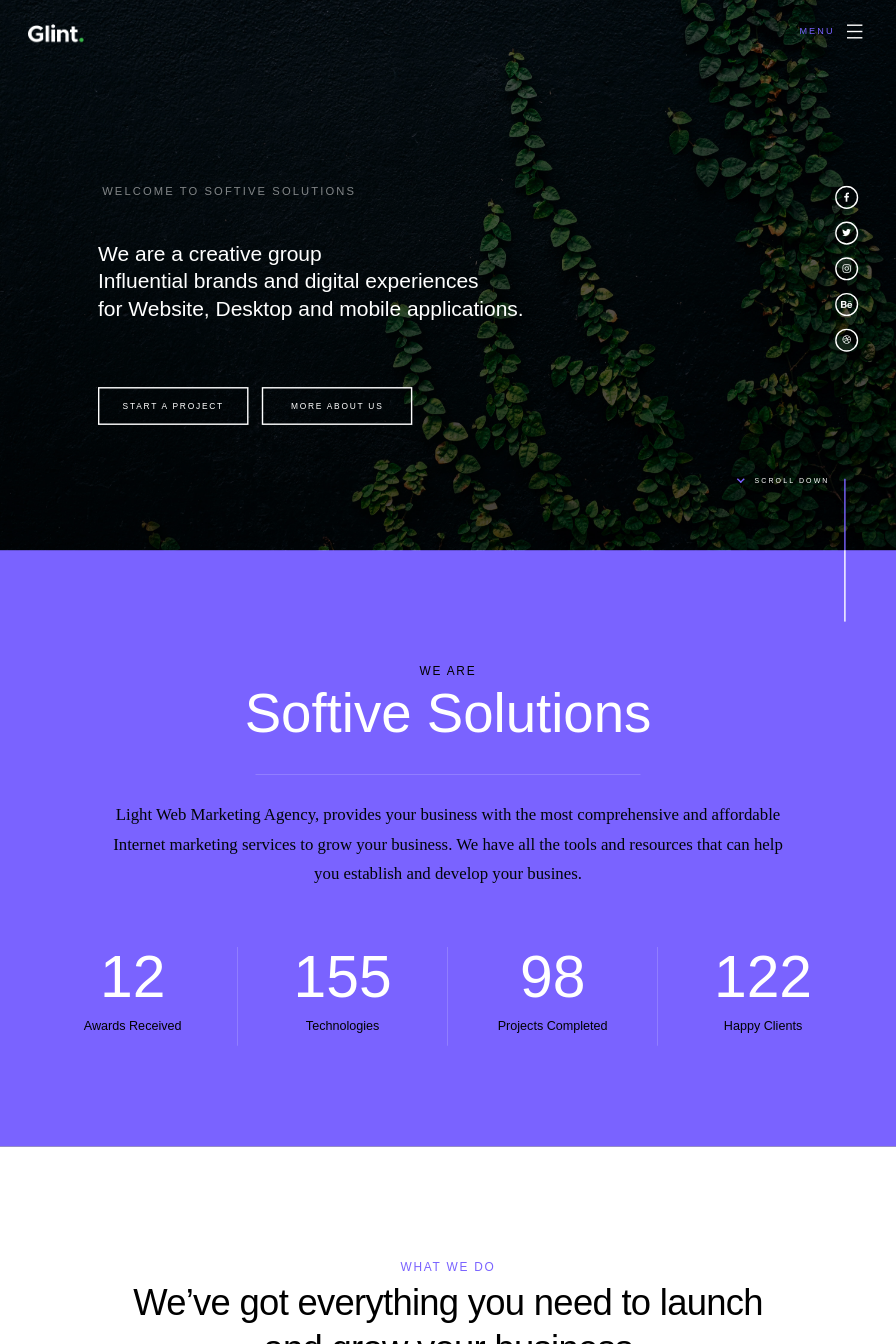
Repository: ahsankalim09/light-Agency
Page: index.html
The author's editor kept a copy of each file at every save. The page is drawn from the files as they stood at one save, then again after the next save.
The browser window is 1280 px wide. The pictures show the part of the page from y = 0 to 1920 px (the page is 8363 px tall), at 70% of full size.
Some web fonts or font styles are not loaded; a fallback is used.

Above is the page before, as saved 2020-12-27 19:28:19.

### index.html
<!DOCTYPE html>
<!--[if lt IE 9 ]><html class="no-js oldie" lang="en"> <![endif]-->
<!--[if IE 9 ]><html class="no-js oldie ie9" lang="en"> <![endif]-->
<!--[if (gte IE 9)|!(IE)]><!-->
<html class="no-js" lang="en">
<!--<![endif]-->

<!-- Mirrored from preview.colorlib.com/theme/Softive Solutions/ by HTTrack Website Copier/3.x [XR&CO'2014], Sun, 27 Dec 2020 13:01:51 GMT -->
<head>

<meta charset="utf-8">
<title>Softive Solutions</title>
<meta name="description" content="">
<meta name="author" content="">

<meta name="viewport" content="width=device-width, initial-scale=1">

<link rel="stylesheet" href="css/base.css">
<link rel="stylesheet" href="css/vendor.css">
<link rel="stylesheet" href="css/main.css">

<script src="js/modernizr.js"></script>
<script src="js/pace.min.js"></script>

<link rel="shortcut icon" href="favicon.ico" type="image/x-icon">
<link rel="icon" href="favicon.ico" type="image/x-icon">
</head>
<body id="top">

<header class="s-header">
<div class="header-logo">
<a class="site-logo" href="index-2.html">
<img src="images/logo.png" alt="Homepage">
</a>
</div>
<nav class="header-nav">
<a href="#0" class="header-nav__close" title="close"><span>Close</span></a>
<div class="header-nav__content">
<h3>Navigation</h3>
<ul class="header-nav__list">
<li class="current"><a class="smoothscroll" href="#home" title="home">Home</a></li>
<li><a class="smoothscroll" href="#about" title="about">About</a></li>
<li><a class="smoothscroll" href="#services" title="services">Services</a></li>
<li><a class="smoothscroll" href="#works" title="works">Works</a></li>
<li><a class="smoothscroll" href="#clients" title="clients">Clients</a></li>
<li><a class="smoothscroll" href="#contact" title="contact">Contact</a></li>
</ul>
<p>Perspiciatis hic praesentium nesciunt. Et neque a dolorum <a href='#0'>voluptatem</a> porro iusto sequi veritatis libero enim. Iusto id suscipit veritatis neque reprehenderit.</p>
<ul class="header-nav__social">
<li>
<a href="#"><i class="fa fa-facebook"></i></a>
</li>
<li>
<a href="#"><i class="fa fa-twitter"></i></a>
</li>
<li>
<a href="#"><i class="fa fa-instagram"></i></a>
</li>
<li>
<a href="#"><i class="fa fa-behance"></i></a>
</li>
<li>
<a href="#"><i class="fa fa-dribbble"></i></a>
</li>
</ul>
</div>
</nav>
<a class="header-menu-toggle" href="#0">
<span class="header-menu-text">Menu</span>
<span class="header-menu-icon"></span>
</a>
</header>

<section id="home" class="s-home target-section" data-parallax="scroll" data-image-src="images/hero-bg.jpg" data-natural-width=3000 data-natural-height=2000 data-position-y=center>
<div class="overlay"></div>
<div class="shadow-overlay"></div>
<div class="home-content">
<div class="row home-content__main">
<h3>Welcome to Softive Solutions</h3>
<h2 style="color: white;">
We are a creative group <br>
Influential brands and digital experiences <br>
for Website, Desktop and mobile applications.
</h2 >
<div class="home-content__buttons">
<a href="#contact" class="smoothscroll btn btn--stroke">
Start a Project
</a>
<a href="#about" class="smoothscroll btn btn--stroke">
More About Us
</a>
</div>
</div>
<div class="home-content__scroll">
<a href="#about" class="scroll-link smoothscroll">
<span>Scroll Down</span>
</a>
</div>
<div class="home-content__line"></div>
</div>
<ul class="home-social">
<li>
<a href="#0"><i class="fa fa-facebook" aria-hidden="true"></i><span>Facebook</span></a>
</li>
<li>
<a href="#0"><i class="fa fa-twitter" aria-hidden="true"></i><span>Twiiter</span></a>
</li>
<li>
<a href="#0"><i class="fa fa-instagram" aria-hidden="true"></i><span>Instagram</span></a>
</li>
<li>
<a href="#0"><i class="fa fa-behance" aria-hidden="true"></i><span>Behance</span></a>
</li>
<li>
<a href="#0"><i class="fa fa-dribbble" aria-hidden="true"></i><span>Dribbble</span></a>
</li>
</ul>

</section>

<section id='about' class="s-about">
<div class="row section-header has-bottom-sep" data-aos="fade-up">
<div class="col-full">
<h3 class="subhead subhead--dark">We Are</h3>
<h2 class="display-1 display-1--light">Softive Solutions</h2>
</div>
</div>
<div class="row about-desc" data-aos="fade-up">
<div class="col-full">
<p>
    Light Web Marketing Agency, provides your business with the most comprehensive and affordable Internet marketing services to grow your business. We have all the tools and resources that can help you establish and develop your busines.
</p>
</div>
</div>
<div class="row about-stats stats block-1-4 block-m-1-2 block-mob-full" data-aos="fade-up">
<div class="col-block stats__col ">
<div class="stats__count">12</div>
<h5>Awards Received</h5>
</div>
<div class="col-block stats__col">
<div class="stats__count">155</div>
<h5>Technologies</h5>
</div>
<div class="col-block stats__col">
<div class="stats__count">98</div>
<h5>Projects Completed</h5>
</div>
<div class="col-block stats__col">
<div class="stats__count">122</div>
<h5>Happy Clients</h5>
</div>
</div>
<div class="about__line"></div>
</section>

<section id='services' class="s-services">
<div class="row section-header has-bottom-sep" data-aos="fade-up">
<div class="col-full">
<h3 class="subhead">What We Do</h3>
<h1 class="display-2">We’ve got everything you need to launch and grow your business</h1>
</div>
</div>
<div class="row services-list block-1-2 block-tab-full">
<div class="col-block service-item" data-aos="fade-up">
<div class="service-icon">
<i class="icon-paint-brush"></i>
</div>
<div class="service-text">
<h3 class="h2">Brand Identity</h3>
<p>Nemo cupiditate ab quibusdam quaerat impedit magni. Earum suscipit ipsum laudantium.
Quo delectus est. Maiores voluptas ab sit natus veritatis ut. Debitis nulla cumque veritatis.
Sunt suscipit voluptas ipsa in tempora esse soluta sint.
</p>
</div>
</div>
<div class="col-block service-item" data-aos="fade-up">
<div class="service-icon">
<i class="icon-group"></i>
</div>
<div class="service-text">
<h3 class="h2">Illustration</h3>
<p>Nemo cupiditate ab quibusdam quaerat impedit magni. Earum suscipit ipsum laudantium.
Quo delectus est. Maiores voluptas ab sit natus veritatis ut. Debitis nulla cumque veritatis.
Sunt suscipit voluptas ipsa in tempora esse soluta sint.
</p>
</div>
</div>
<div class="col-block service-item" data-aos="fade-up">
<div class="service-icon">
<i class="icon-megaphone"></i>
</div>
<div class="service-text">
<h3 class="h2">Marketing</h3>
<p>Nemo cupiditate ab quibusdam quaerat impedit magni. Earum suscipit ipsum laudantium.
Quo delectus est. Maiores voluptas ab sit natus veritatis ut. Debitis nulla cumque veritatis.
Sunt suscipit voluptas ipsa in tempora esse soluta sint.
</p>
</div>
</div>
<div class="col-block service-item" data-aos="fade-up">
<div class="service-icon">
<i class="icon-earth"></i>
</div>
<div class="service-text">
<h3 class="h2">Web Design</h3>
<p>Nemo cupiditate ab quibusdam quaerat impedit magni. Earum suscipit ipsum laudantium.
Quo delectus est. Maiores voluptas ab sit natus veritatis ut. Debitis nulla cumque veritatis.
Sunt suscipit voluptas ipsa in tempora esse soluta sint.
</p>
</div>
</div>
<div class="col-block service-item" data-aos="fade-up">
<div class="service-icon">
<i class="icon-cube"></i>
</div>
<div class="service-text">
<h3 class="h2">Packaging Design</h3>
<p>Nemo cupiditate ab quibusdam quaerat impedit magni. Earum suscipit ipsum laudantium.
Quo delectus est. Maiores voluptas ab sit natus veritatis ut. Debitis nulla cumque veritatis.
Sunt suscipit voluptas ipsa in tempora esse soluta sint.
</p>
</div>
</div>
<div class="col-block service-item" data-aos="fade-up">
<div class="service-icon"><i class="icon-lego-block"></i></div>
<div class="service-text">
<h3 class="h2">Web Development</h3>
<p>Nemo cupiditate ab quibusdam quaerat impedit magni. Earum suscipit ipsum laudantium.
Quo delectus est. Maiores voluptas ab sit natus veritatis ut. Debitis nulla cumque veritatis.
Sunt suscipit voluptas ipsa in tempora esse soluta sint.
</p>
</div>
</div>
</div>
</section>

<section id='works' class="s-works">
<div class="intro-wrap">
<div class="row section-header has-bottom-sep light-sep" data-aos="fade-up">
<div class="col-full">
<h3 class="subhead">Recent Works</h3>
<h1 class="display-2 display-2--light">We love what we do, check out some of our latest works</h1>
</div>
</div>
</div>
<div class="row works-content">
<div class="col-full masonry-wrap">
<div class="masonry">
<div class="masonry__brick" data-aos="fade-up">
<div class="item-folio">
<div class="item-folio__thumb">
<a href="images/portfolio/gallery/g-shutterbug.jpg" class="thumb-link" title="Shutterbug" data-size="1050x700">
<img src="images/portfolio/lady-shutterbug.jpg" srcset="images/portfolio/lady-shutterbug.jpg 1x, images/portfolio/lady-shutterbug@2x.jpg 2x" alt="">
</a>
</div>
<div class="item-folio__text">
<h3 class="item-folio__title">
Shutterbug
</h3>
<p class="item-folio__cat">
Branding
</p>
</div>
<a href="https://www.behance.net/" class="item-folio__project-link" title="Project link">
<i class="icon-link"></i>
</a>
<div class="item-folio__caption">
<p>Vero molestiae sed aut natus excepturi. Et tempora numquam. Temporibus iusto quo.Unde dolorem corrupti neque nisi.</p>
</div>
</div>
</div>
<div class="masonry__brick" data-aos="fade-up">
<div class="item-folio">
<div class="item-folio__thumb">
<a href="images/portfolio/gallery/g-woodcraft.jpg" class="thumb-link" title="Woodcraft" data-size="1050x700">
<img src="images/portfolio/woodcraft.jpg" srcset="images/portfolio/woodcraft.jpg 1x, images/portfolio/woodcraft@2x.jpg 2x" alt="">
</a>
</div>
<div class="item-folio__text">
<h3 class="item-folio__title">
Woodcraft
</h3>
<p class="item-folio__cat">
Web Design
</p>
</div>
<a href="https://www.behance.net/" class="item-folio__project-link" title="Project link">
<i class="icon-link"></i>
</a>
<div class="item-folio__caption">
<p>Vero molestiae sed aut natus excepturi. Et tempora numquam. Temporibus iusto quo.Unde dolorem corrupti neque nisi.</p>
</div>
</div>
</div>
<div class="masonry__brick" data-aos="fade-up">
<div class="item-folio">
<div class="item-folio__thumb">
<a href="images/portfolio/gallery/g-beetle.jpg" class="thumb-link" title="The Beetle Car" data-size="1050x700">
<img src="images/portfolio/the-beetle.jpg" srcset="images/portfolio/the-beetle.jpg 1x, images/portfolio/the-beetle@2x.jpg 2x" alt="">
</a>
</div>
<div class="item-folio__text">
<h3 class="item-folio__title">
The Beetle
</h3>
<p class="item-folio__cat">
Web Development
</p>
</div>
<a href="https://www.behance.net/" class="item-folio__project-link" title="Project link">
<i class="icon-link"></i>
</a>
<div class="item-folio__caption">
<p>Vero molestiae sed aut natus excepturi. Et tempora numquam. Temporibus iusto quo.Unde dolorem corrupti neque nisi.</p>
</div>
</div>
</div>
<div class="masonry__brick" data-aos="fade-up">
<div class="item-folio">
<div class="item-folio__thumb">
<a href="images/portfolio/gallery/g-grow-green.jpg" class="thumb-link" title="Grow Green" data-size="1050x700">
<img src="images/portfolio/grow-green.jpg" srcset="images/portfolio/grow-green.jpg 1x, images/portfolio/grow-green@2x.jpg 2x" alt="">
</a>
</div>
<div class="item-folio__text">
<h3 class="item-folio__title">
Grow Green
</h3>
<p class="item-folio__cat">
Branding
</p>
</div>
<a href="https://www.behance.net/" class="item-folio__project-link" title="Project link">
<i class="icon-link"></i>
</a>
<div class="item-folio__caption">
<p>Vero molestiae sed aut natus excepturi. Et tempora numquam. Temporibus iusto quo.Unde dolorem corrupti neque nisi.</p>
</div>
</div>
</div>
<div class="masonry__brick" data-aos="fade-up">
<div class="item-folio">
<div class="item-folio__thumb">
<a href="images/portfolio/gallery/g-guitarist.jpg" class="thumb-link" title="Guitarist" data-size="1050x700">
<img src="images/portfolio/guitarist.jpg" srcset="images/portfolio/guitarist.jpg 1x, images/portfolio/guitarist@2x.jpg 2x" alt="">
</a>
</div>
<div class="item-folio__text">
<h3 class="item-folio__title">
Guitarist
</h3>
<p class="item-folio__cat">
Web Design
</p>
</div>
<a href="https://www.behance.net/" class="item-folio__project-link" title="Project link">
<i class="icon-link"></i>
</a>
<div class="item-folio__caption">
<p>Vero molestiae sed aut natus excepturi. Et tempora numquam. Temporibus iusto quo.Unde dolorem corrupti neque nisi.</p>
</div>
</div>
</div>
<div class="masonry__brick" data-aos="fade-up">
<div class="item-folio">
<div class="item-folio__thumb">
<a href="images/portfolio/gallery/g-palmeira.jpg" class="thumb-link" title="Palmeira" data-size="1050x700">
<img src="images/portfolio/palmeira.jpg" srcset="images/portfolio/palmeira.jpg 1x, images/portfolio/palmeira@2x.jpg 2x" alt="">
 </a>
</div>
<div class="item-folio__text">
<h3 class="item-folio__title">
Palmeira
</h3>
<p class="item-folio__cat">
Web Design
</p>
</div>
<a href="https://www.behance.net/" class="item-folio__project-link" title="Project link">
<i class="icon-link"></i>
</a>
<div class="item-folio__caption">
<p>Vero molestiae sed aut natus excepturi. Et tempora numquam. Temporibus iusto quo.Unde dolorem corrupti neque nisi.</p>
</div>
</div>
</div>
</div>
</div>
</div>
</section>

<section id="clients" class="s-clients">
<div class="row section-header" data-aos="fade-up">
<div class="col-full">
<h3 class="subhead">Our Clients</h3>
<h1 class="display-2">Softive Solutions has been honored to
partner up with these clients</h1>
</div>
</div>
<div class="row clients-outer" data-aos="fade-up">
<div class="col-full">
<div class="clients">
<a href="#0" title="" class="clients__slide"><img src="images/clients/apple.png" /></a>
<a href="#0" title="" class="clients__slide"><img src="images/clients/atom.png" /></a>
<a href="#0" title="" class="clients__slide"><img src="images/clients/blackberry.png" /></a>
<a href="#0" title="" class="clients__slide"><img src="images/clients/dropbox.png" /></a>
<a href="#0" title="" class="clients__slide"><img src="images/clients/envato.png" /></a>
<a href="#0" title="" class="clients__slide"><img src="images/clients/firefox.png" /></a>
<a href="#0" title="" class="clients__slide"><img src="images/clients/joomla.png" /></a>
<a href="#0" title="" class="clients__slide"><img src="images/clients/magento.png" /></a>
</div>
</div>
</div>
<div class="row clients-testimonials" data-aos="fade-up">
<div class="col-full">
<div class="testimonials">
<div class="testimonials__slide">
<p>Qui ipsam temporibus quisquam vel. Maiores eos cumque distinctio nam accusantium ipsum.
Laudantium quia consequatur molestias delectus culpa facere hic dolores aperiam. Accusantium quos qui praesentium corpori.
Excepturi nam cupiditate culpa doloremque deleniti repellat.</p>
<img src="images/avatars/user-01.jpg" alt="Author image" class="testimonials__avatar">
<div class="testimonials__info">
<span class="testimonials__name">Tim Cook</span>
<span class="testimonials__pos">CEO, Apple</span>
</div>
</div>
<div class="testimonials__slide">
<p>Excepturi nam cupiditate culpa doloremque deleniti repellat. Veniam quos repellat voluptas animi adipisci.
Nisi eaque consequatur. Quasi voluptas eius distinctio. Atque eos maxime. Qui ipsam temporibus quisquam vel.</p>
<img src="images/avatars/user-05.jpg" alt="Author image" class="testimonials__avatar">
<div class="testimonials__info">
<span class="testimonials__name">Sundar Pichai</span>
<span class="testimonials__pos">CEO, Google</span>
</div>
</div>
<div class="testimonials__slide">
<p>Repellat dignissimos libero. Qui sed at corrupti expedita voluptas odit. Nihil ea quia nesciunt. Ducimus aut sed ipsam.
Autem eaque officia cum exercitationem sunt voluptatum accusamus. Quasi voluptas eius distinctio.</p>
<img src="images/avatars/user-02.jpg" alt="Author image" class="testimonials__avatar">
<div class="testimonials__info">
<span class="testimonials__name">Satya Nadella</span>
<span class="testimonials__pos">CEO, Microsoft</span>
</div>
</div>
</div>
</div>
</div>
</section>

<section id="contact" class="s-contact">
<div class="overlay"></div>
<div class="contact__line"></div>
<div class="row section-header" data-aos="fade-up">
<div class="col-full">
<h3 class="subhead">Contact Us</h3>
<h1 class="display-2 display-2--light">Reach out for a new project or just say hello</h1>
</div>
</div>
<div class="row contact-content" data-aos="fade-up">
<div class="contact-primary">
<h3 class="h6">Send Us A Message</h3>
<form name="contactForm" id="contactForm" method="post" action="#" novalidate="novalidate">
<fieldset>
<div class="form-field">
<input name="contactName" type="text" id="contactName" placeholder="Your Name" value="" minlength="2" required="" aria-required="true" class="full-width">
</div>
<div class="form-field">
<input name="contactEmail" type="email" id="contactEmail" placeholder="Your Email" value="" required="" aria-required="true" class="full-width">
</div>
<div class="form-field">
<input name="contactSubject" type="text" id="contactSubject" placeholder="Subject" value="" class="full-width">
</div>
<div class="form-field">
<textarea name="contactMessage" id="contactMessage" placeholder="Your Message" rows="10" cols="50" required="" aria-required="true" class="full-width"></textarea>
</div>
<div class="form-field">
<button class="full-width btn--primary">Submit</button>
<div class="submit-loader">
<div class="text-loader">Sending...</div>
<div class="s-loader">
<div class="bounce1"></div>
<div class="bounce2"></div>
<div class="bounce3"></div>
</div>
</div>
</div>
</fieldset>
</form>

<div class="message-warning">
Something went wrong. Please try again.
</div>

 <div class="message-success">
Your message was sent, thank you!<br>
</div>
</div>
<div class="contact-secondary">
<div class="contact-info">
<h3 class="h6 hide-on-fullwidth">Contact Info</h3>
<div class="cinfo">
<h5>Where to Find Us</h5>
<p>
1600 Amphitheatre Parkway<br>
Mountain View, CA<br>
94043 US
</p>
</div>
<div class="cinfo">
<h5>Email Us At</h5>
<p>
<a href="https://preview.colorlib.com/cdn-cgi/l/email-protection" class="__cf_email__" data-cfemail="15767a7b617476615572797c7b61667c61703b767a78">[email&#160;protected]</a><br>
<a href="https://preview.colorlib.com/cdn-cgi/l/email-protection" class="__cf_email__" data-cfemail="4e272028210e292227203a3d273a2b602d2123">[email&#160;protected]</a>
</p>
</div>
<div class="cinfo">
<h5>Call Us At</h5>
<p>
Phone: (+63) 555 1212<br>
Mobile: (+63) 555 0100<br>
Fax: (+63) 555 0101
</p>
</div>
<ul class="contact-social">
<li>
<a href="#"><i class="fa fa-facebook" aria-hidden="true"></i></a>
</li>
<li>
<a href="#"><i class="fa fa-twitter" aria-hidden="true"></i></a>
</li>
<li>
<a href="#"><i class="fa fa-instagram" aria-hidden="true"></i></a>
</li>
<li>
<a href="#"><i class="fa fa-behance" aria-hidden="true"></i></a>
</li>
<li>
<a href="#"><i class="fa fa-dribbble" aria-hidden="true"></i></a>
</li>
</ul>
</div>
</div>
</div>
</section>

<footer>
<div class="row footer-main">
<div class="col-six tab-full left footer-desc">
<div class="footer-logo"></div>
Proin eget tortor risus. Mauris blandit aliquet elit, eget tincidunt nibh pulvinar a. Praesent sapien massa, convallis a pellentesque nec, egestas non nisi. Mauris blandit aliquet elit, eget tincidunt nibh pulvinar a. Nulla porttitor accumsan tincidunt. Nulla porttitor accumsan tincidunt. Quaerat voluptas autem necessitatibus vitae aut.
</div>
<div class="col-six tab-full right footer-subscribe">
<h4>Get Notified</h4>
<p>Quia quo qui sed odit. Quaerat voluptas autem necessitatibus vitae aut non alias sed quia. Ut itaque enim optio ut excepturi deserunt iusto porro.</p>
<div class="subscribe-form">
<form id="mc-form" class="group" novalidate="true">
<input type="email" value="" name="EMAIL" class="email" id="mc-email" placeholder="Email Address" required="">
<input type="submit" name="subscribe" value="Subscribe">
<label for="mc-email" class="subscribe-message"></label>
</form>
</div>
</div>
</div>
<div class="row footer-bottom">
<div class="col-twelve">
<div class="copyright">
<span>© Copyright Softive Solutions 2021</span>
</div>
<div class="go-top">
<a class="smoothscroll" title="Back to Top" href="#top"><i class="icon-arrow-up" aria-hidden="true"></i></a>
</div>
</div>
</div>
</footer>

<div aria-hidden="true" class="pswp" role="dialog" tabindex="-1">
<div class="pswp__bg"></div>
<div class="pswp__scroll-wrap">
<div class="pswp__container">
<div class="pswp__item"></div>
<div class="pswp__item"></div>
<div class="pswp__item"></div>
</div>
<div class="pswp__ui pswp__ui--hidden">
<div class="pswp__top-bar">
<div class="pswp__counter"></div><button class="pswp__button pswp__button--close" title="Close (Esc)"></button> <button class="pswp__button pswp__button--share" title="Share"></button> <button class="pswp__button pswp__button--fs" title="Toggle fullscreen"></button> <button class="pswp__button pswp__button--zoom" title="Zoom in/out"></button>
<div class="pswp__preloader">
<div class="pswp__preloader__icn">
<div class="pswp__preloader__cut">
<div class="pswp__preloader__donut"></div>
</div>
</div>
</div>
</div>
<div class="pswp__share-modal pswp__share-modal--hidden pswp__single-tap">
<div class="pswp__share-tooltip"></div>
</div><button class="pswp__button pswp__button--arrow--left" title="Previous (arrow left)"></button> <button class="pswp__button pswp__button--arrow--right" title="Next (arrow right)"></button>
<div class="pswp__caption">
<div class="pswp__caption__center"></div>
</div>
</div>
</div>
</div>

<div id="preloader">
<div id="loader">
<div class="line-scale-pulse-out">
<div></div>
<div></div>
<div></div>
<div></div>
<div></div>
</div>
</div>
</div>

<script data-cfasync="false" src="../../cdn-cgi/scripts/5c5dd728/cloudflare-static/email-decode.min.js"></script><script src="js/jquery-3.2.1.min.js"></script>
<script src="js/plugins.js"></script>
<script src="js/main.js"></script>
</body>

<!-- Mirrored from preview.colorlib.com/theme/Softive Solutions/ by HTTrack Website Copier/3.x [XR&CO'2014], Sun, 27 Dec 2020 13:02:02 GMT -->
</html>

Loaded but not shown: css/base.css (library); css/vendor.css (library); js/modernizr.js (library); js/pace.min.js (library); css/font-awesome/css/font-awesome.min.css (library); css/micons/micons.css (library); js/jquery-3.2.1.min.js (library); js/plugins.js (library); js/main.js (library); css/main.css (2964 lines, source omitted)

After the next save:
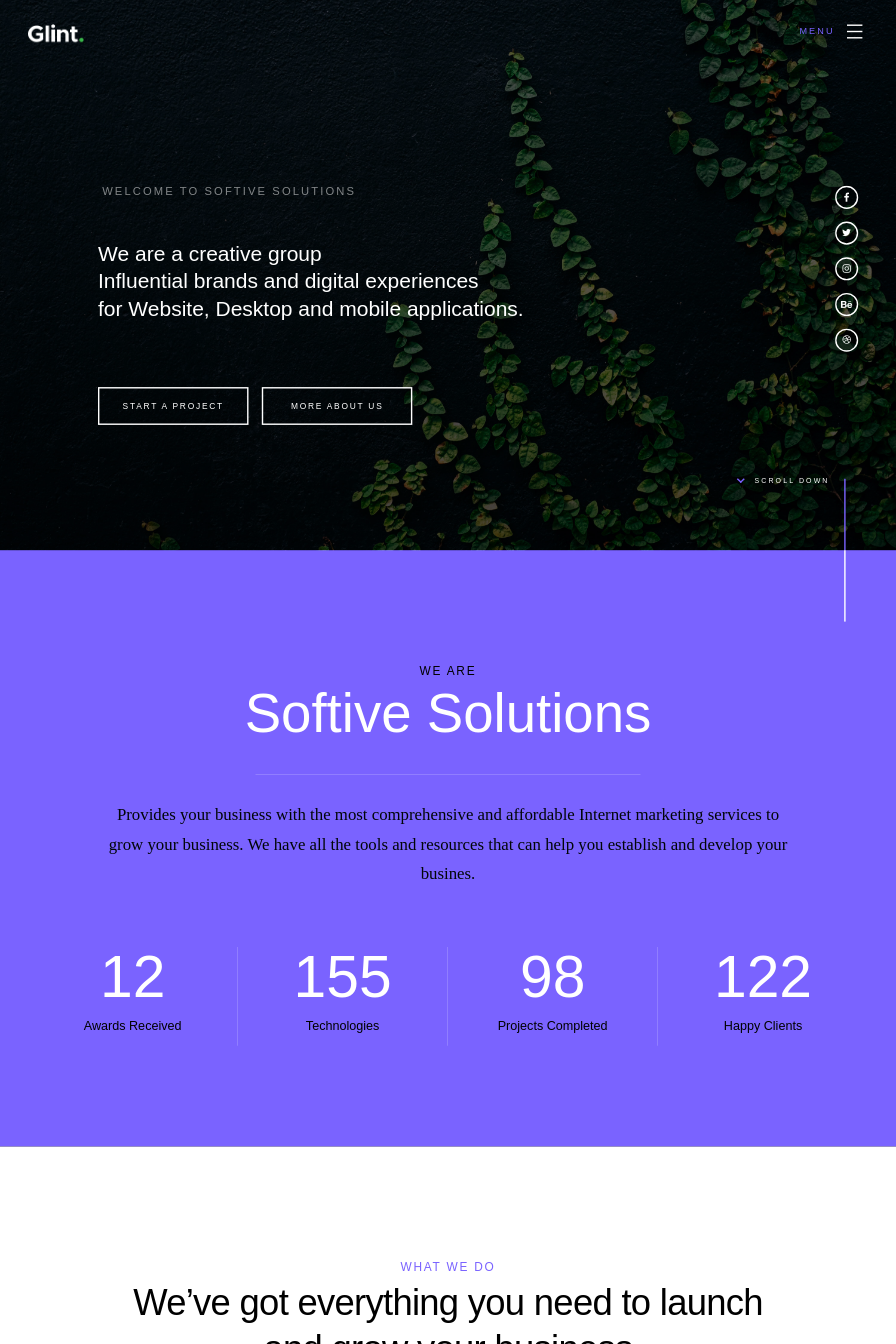
Saved 26 s later.
--- a/index.html
+++ b/index.html
@@ -128,7 +128,7 @@
 <div class="row about-desc" data-aos="fade-up">
 <div class="col-full">
 <p>
-    Light Web Marketing Agency, provides your business with the most comprehensive and affordable Internet marketing services to grow your business. We have all the tools and resources that can help you establish and develop your busines.
+    Provides your business with the most comprehensive and affordable Internet marketing services to grow your business. We have all the tools and resources that can help you establish and develop your busines.
 </p>
 </div>
 </div>
